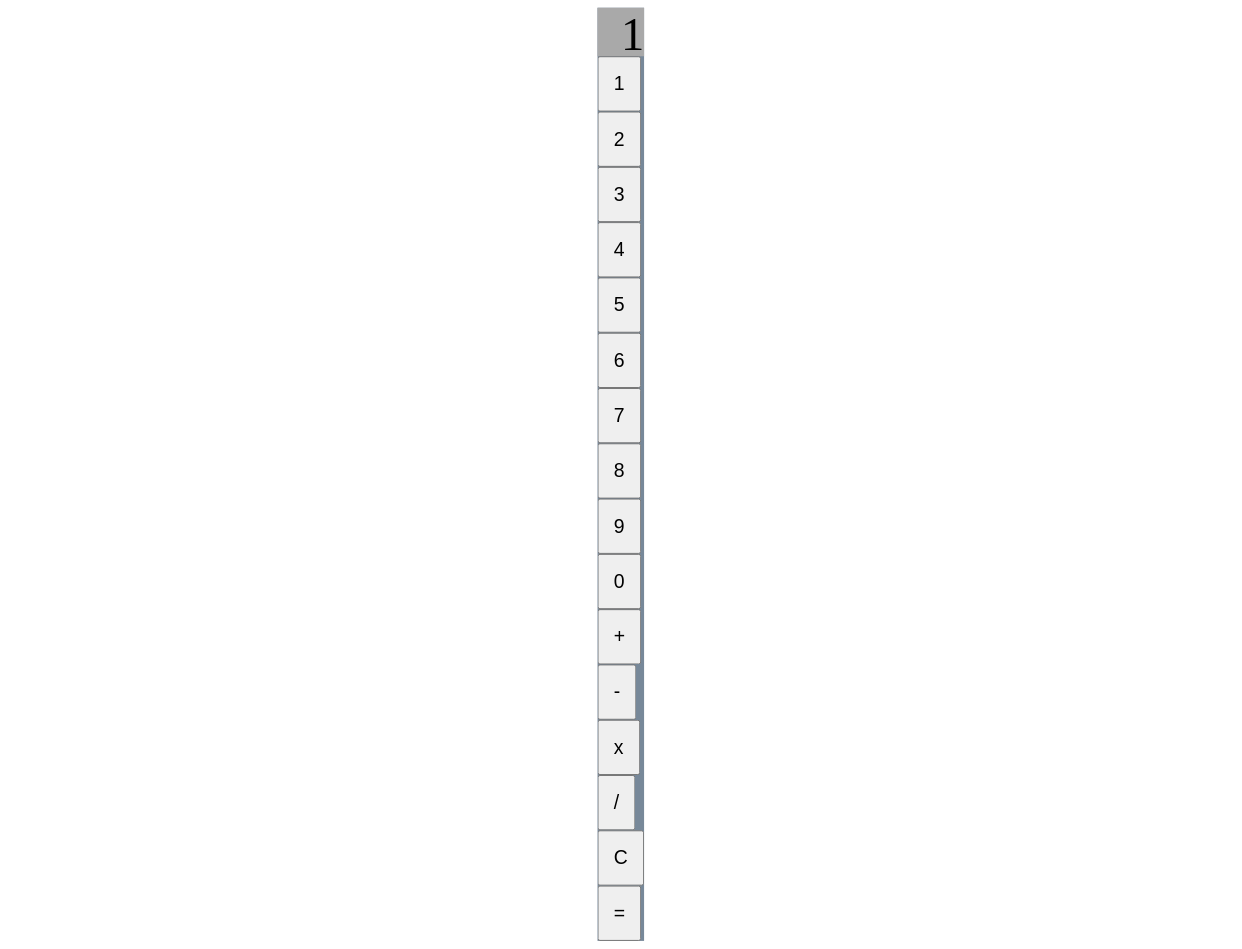
Repository: TEazy2433/LAB-calculator
Page: index.html
The author's editor kept a copy of each file at every save. The page is drawn from the files as they stood at one save, then again after the next save.
The browser window is 1280 px wide. The pictures show the whole page, at 97% of full size.

Above is the page before, as saved 2023-10-13 17:04:54.

After the next save:
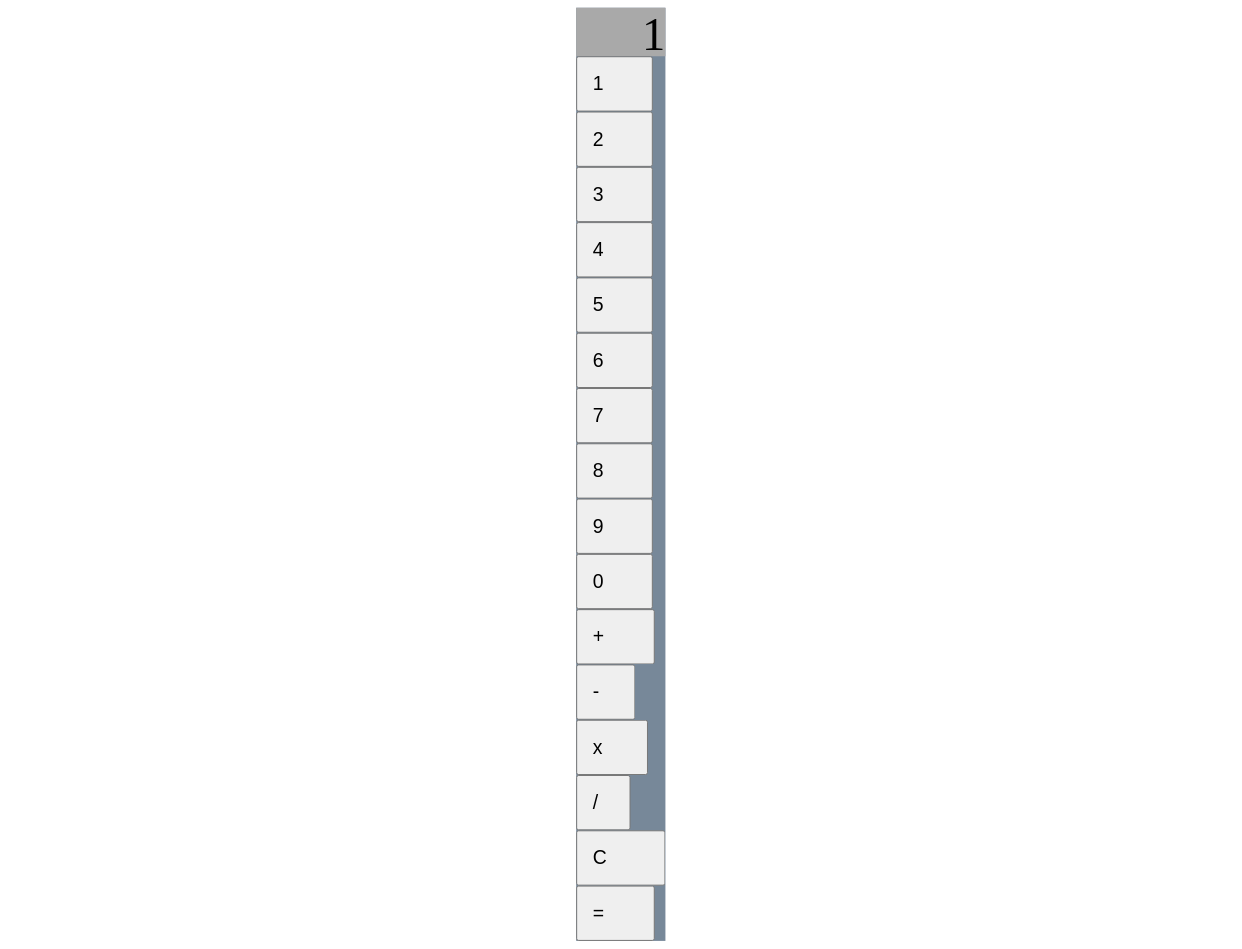
Saved 17 s later.
--- a/main.css
+++ b/main.css
@@ -16,7 +16,6 @@
 .buttons{
   max-width: 400px;
   display: grid;
-  grid-template-columns: repeat(4, 1fr);
 
 }
 button{
@@ -24,5 +23,6 @@ button{
   padding: 15px;
   font-size: 20px;
   display: grid;
+  grid-template-columns: repeat(4, 1fr);
 
 }
